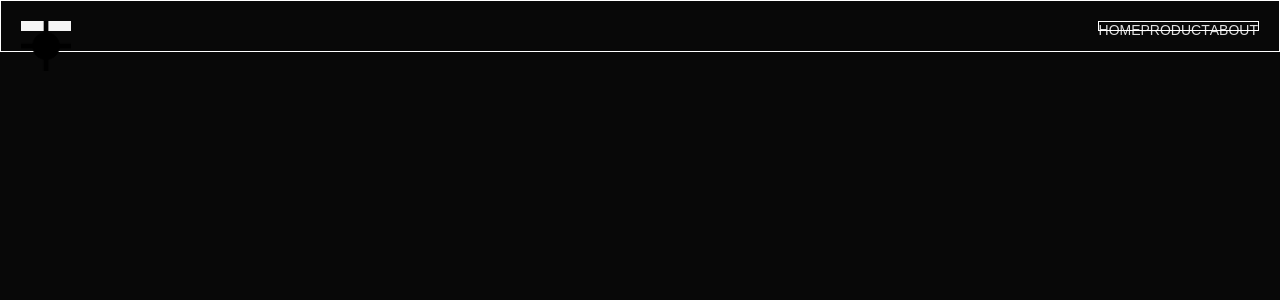
Repository: theoyoth/react-framer-motion-animation
Page: /
These files come from the project's save history. The page is drawn as it stood at one moment and after the next save; the edit follows.
The browser window is 1280 px wide. The pictures show the whole page.
Some web fonts or font styles are not loaded; a fallback is used. The project was rebuilt for these pictures with package versions that can differ from the ones it lists, and the page was loaded fresh each time. Also part of the build but not shown: vite.config.js.

Above is the page before, as saved 2022-10-13 21:02:16.

After the next save:
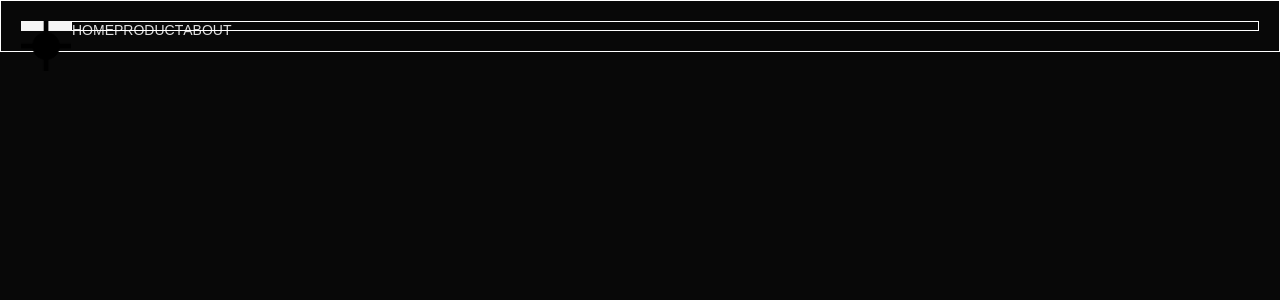
Saved 7 s later.
--- a/src/components/navbar.module.css
+++ b/src/components/navbar.module.css
@@ -20,7 +20,7 @@
 .navMenu{
   border:1px solid white;
   display: flex;
-  flex-grow:10px;
+  flex-grow:10;
 }
 .navItem{
   list-style: none;

After the save that followed:
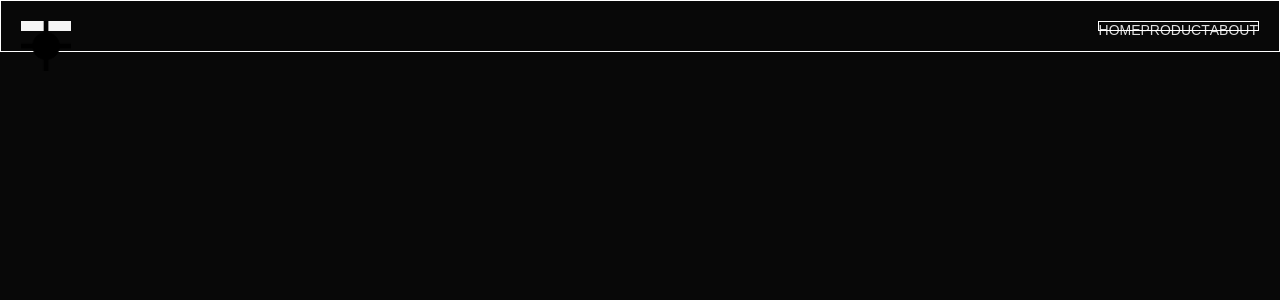
Saved 6 s later.
--- a/src/components/navbar.module.css
+++ b/src/components/navbar.module.css
@@ -20,7 +20,6 @@
 .navMenu{
   border:1px solid white;
   display: flex;
-  flex-grow:10;
 }
 .navItem{
   list-style: none;
